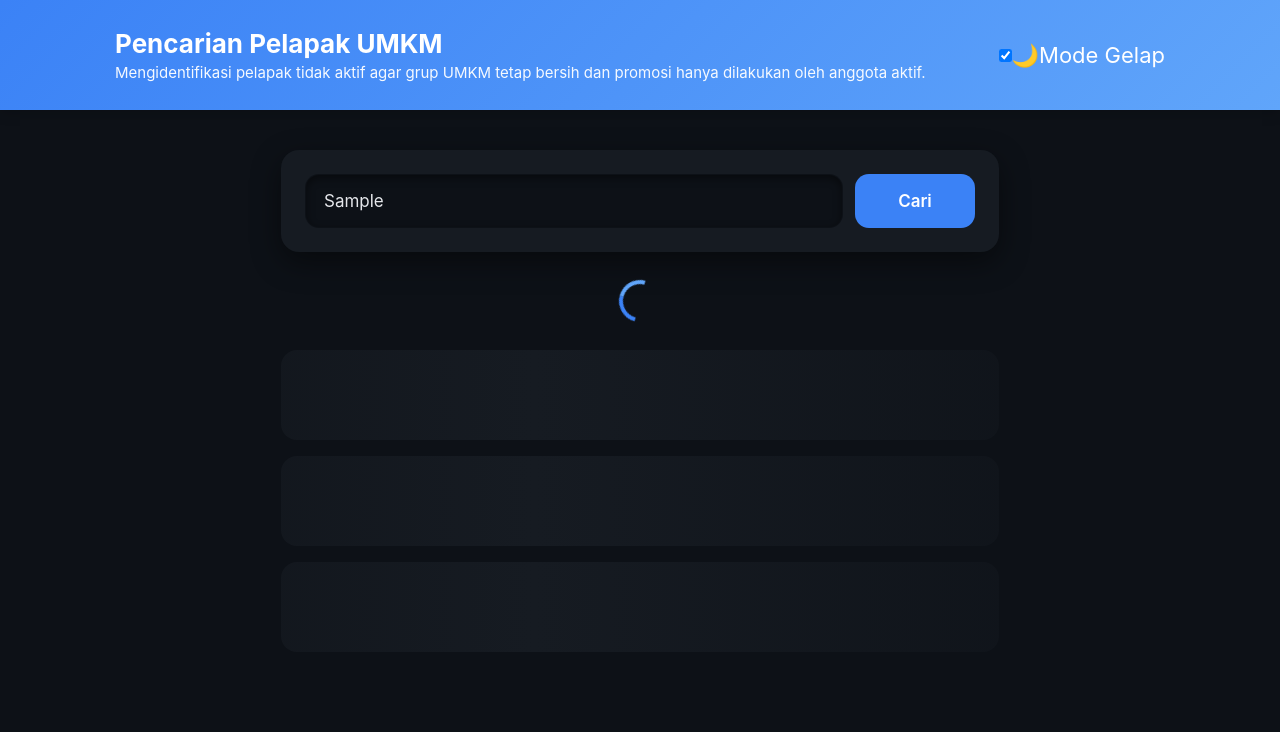
Repository: pasarrakyatbak/ceklapak
Page: index.html
An editor plug-in stored every save of this project. The page is shown before and after the next save, followed by the edit.
The browser window is 1280 px wide. The pictures show the whole page.
Empty fields were first filled with sample values (such as "Sample", 5 or name@example.com).
After loading, the first visible `#themeToggle` was changed once.

Above is the page before, as saved 2025-11-19 06:07:48.

### index.html
<!DOCTYPE html>
<html lang="id">

<head>
    <meta charset="UTF-8" />
    <meta name="viewport" content="width=device-width, initial-scale=1.0" />
    <title>Pencarian Pelapak UMKM</title>
    <link rel="stylesheet" href="style.css" />
</head>

<body>
    <header>
        <div class="header-inner">
            <div class="header-text">
                <h1>Pencarian Pelapak UMKM</h1>
                <p class="desc">
                    Mengidentifikasi pelapak tidak aktif agar grup UMKM tetap bersih
                    dan promosi hanya dilakukan oleh anggota aktif.
                </p>
            </div>

            <div class="controls">
                <label class="theme-toggle" aria-label="Toggle dark mode">
                    <input id="themeToggle" type="checkbox" />
                    <span class="toggle-icon">🌙</span>
                    <span class="toggle-text">Mode Gelap</span>
                </label>
            </div>
        </div>
    </header>

    <main>
        <section class="search-card">
            <div class="search-box">
                <input type="text" id="queryInput" placeholder="Cari nama pelapak atau 4 digit nomor HP..."
                    autocomplete="off" aria-label="Kolom pencarian pelapak" />
                <button id="searchBtn" aria-label="Tombol cari pelapak">Cari</button>
            </div>
        </section>

        <!-- RESULT BOX -->
        <section>
            <div id="resultBox" class="result-box hidden" role="region" aria-live="polite"></div>
        </section>

        <!-- LOADING SPINNER -->
        <div id="loader" class="loader hidden" aria-hidden="true"></div>

        <!-- SKELETON LOADING -->
        <div id="skeletonBox" class="skeleton-box hidden" aria-hidden="true">
            <div class="skeleton-item"></div>
            <div class="skeleton-item"></div>
            <div class="skeleton-item"></div>
        </div>
    </main>

    <script src="app.js"></script>
</body>

</html>

### style.css
/* === Color variables === */
:root {
    --bg: #eef2f7;
    --card: #ffffff;
    --text: #1e293b;
    --muted: #64748b;
    --primary: #2563eb;
    --primary-light: #3b82f6;
    --shadow: rgba(0, 0, 0, 0.08);

    --font-lg: 17px;
    --font-base: 16px;
    --font-sm: 14px;
}

body.dark {
    --bg: #0d1117;
    --card: #161b22;
    --text: #e5e7eb;
    --muted: #9ca3af;
    --primary: #3b82f6;
    --primary-light: #60a5fa;
    --shadow: rgba(0, 0, 0, 0.45);
}

/* === Base === */
* {
    margin: 0;
    padding: 0;
    box-sizing: border-box;
    font-family: "Inter", system-ui, sans-serif;
}

body {
    background: var(--bg);
    color: var(--text);
    transition: 0.3s ease;
    padding-bottom: 40px;
}

/* === Header === */
header {
    background: linear-gradient(135deg, var(--primary), var(--primary-light));
    padding: 28px 20px;
    color: white;
    box-shadow: 0 4px 12px rgba(0, 0, 0, 0.15);
}

.header-inner {
    max-width: 1050px;
    margin: auto;
    display: flex;
    justify-content: space-between;
    align-items: center;
}

header h1 {
    font-size: 26px;
    font-weight: 700;
}

.desc {
    font-size: 15px;
    opacity: 0.95;
    margin-top: 4px;
}

/* === Dark mode toggle === */
.theme-toggle {
    display: flex;
    align-items: center;
    cursor: pointer;
    font-size: 22px;
}

/* === Search Card === */
main {
    max-width: 750px;
    margin: 40px auto;
    padding: 0 16px;
}

.search-card {
    background: var(--card);
    padding: 24px;
    border-radius: 18px;
    box-shadow: 0 10px 30px var(--shadow);
    backdrop-filter: blur(4px);
}

/* search box */
.search-box {
    display: flex;
    gap: 12px;
}

.search-box input {
    flex: 1;
    padding: 16px 18px;
    border-radius: 14px;
    border: 1px solid transparent;
    background: var(--bg);
    color: var(--text);
    font-size: 17px;
    box-shadow: inset 0 3px 8px var(--shadow);
    transition: 0.2s;
}

.search-box input:focus {
    border-color: var(--primary);
    outline: none;
}

.search-box button {
    padding: 16px 20px;
    background: var(--primary);
    color: white;
    font-size: 17px;
    font-weight: 600;
    border: none;
    border-radius: 14px;
    cursor: pointer;
    transition: 0.2s;
    min-width: 120px;
}

.search-box button:hover {
    background: var(--primary-light);
    transform: translateY(-2px);
}

/* === Result Box === */
.result-box {
    margin-top: 28px;
}

/* result card improved */
.result-item {
    background: var(--card);
    padding: 22px;
    margin-bottom: 16px;
    border-radius: 16px;
    box-shadow: 0 6px 18px var(--shadow);
    border-left: 6px solid var(--primary);
    transition: 0.2s ease;
}

.result-item:hover {
    transform: translateY(-3px);
}

.result-item strong {
    color: var(--primary);
    font-size: 18px;
}

.result-item div {
    font-size: 17px;
    margin-bottom: 6px;
}

.small {
    margin-top: 6px;
    font-size: 15px;
    color: var(--muted);
}

/* === Skeleton Loader === */
.skeleton-box {
    margin-top: 25px;
}

.skeleton-item {
    height: 90px;
    background: linear-gradient(90deg,
            var(--card) 0%,
            var(--bg) 50%,
            var(--card) 100%);
    background-size: 200% 100%;
    border-radius: 16px;
    margin-bottom: 16px;
    animation: shimmer 1.4s infinite;
}

@keyframes shimmer {
    0% {
        background-position: -200% 0;
    }

    100% {
        background-position: 200% 0;
    }
}

/* === Loader === */
.loader {
    width: 42px;
    height: 42px;
    border: 4px solid transparent;
    border-top-color: var(--primary);
    border-right-color: var(--primary-light);
    border-radius: 50%;
    animation: spin 0.75s linear infinite;
    margin: 28px auto;
}

@keyframes spin {
    to {
        transform: rotate(360deg);
    }
}

/* === Responsive (tablet + mobile) === */
@media (max-width: 768px) {
    header h1 {
        font-size: 22px;
    }

    .search-card {
        padding: 20px;
    }

    .result-item {
        padding: 20px;
    }

    .result-item strong {
        font-size: 17px;
    }
}

@media (max-width: 480px) {

    .header-inner {
        flex-direction: column;
        align-items: flex-start;
        gap: 12px;
    }

    .search-box {
        flex-direction: column;
    }

    .search-box input,
    .search-box button {
        width: 100%;
        font-size: 16px;
    }

    .result-item div {
        font-size: 16px;
    }

    .result-item strong {
        font-size: 17px;
    }
}

### app.js
// === CONFIG ===
const API_URL = "https://script.google.com/macros/s/AKfycby4z2qZ24SrJkcyGpybH29lSUC_3_z1LG-7wSmTzpaOEXrwjXf0Cl3hqkg95qAxPj1-/exec";

// DOM
const searchBtn = document.getElementById("searchBtn");
const queryInput = document.getElementById("queryInput");
const resultBox = document.getElementById("resultBox");
const themeToggle = document.getElementById("themeToggle");
const toggleText = document.querySelector(".toggle-text");
const toggleIcon = document.querySelector(".toggle-icon");
const skeletonBox = document.getElementById("skeletonBox");
const loader = document.getElementById("loader");

// Init theme
(function initTheme() {
    const saved = localStorage.getItem("umkm_theme");
    if (saved === "dark") document.body.classList.add("dark");
    themeToggle.checked = document.body.classList.contains("dark");
})();

themeToggle.addEventListener("change", () => {
    document.body.classList.toggle("dark");
    localStorage.setItem(
        "umkm_theme",
        document.body.classList.contains("dark") ? "dark" : "light"
    );
});

// Search
searchBtn.addEventListener("click", searchData);
queryInput.addEventListener("keypress", e => e.key === "Enter" && searchData());

// Clean
function cleanNumber(input) {
    return input.replace(/\s|\.|-|\(|\)|\+/g, "");
}

function normalizePhone(phone) {
    if (!phone) return "";
    const digits = phone.replace(/[^0-9]/g, "");
    if (!digits) return "";
    if (digits.startsWith("0")) return digits;
    return "0" + digits;
}

// Main search
function searchData() {
    const raw = queryInput.value.trim();
    if (!raw) return renderError("Masukkan nama atau angka.");

    showSkeleton();
    showLoader();

    const onlyDigits = cleanNumber(raw);
    const is4 = /^\d{4}$/.test(onlyDigits);
    const q = is4 ? onlyDigits : raw.toLowerCase();

    fetch(`${API_URL}?q=${encodeURIComponent(q)}`)
        .then(res => res.json())
        .then(data => {
            hideSkeleton();
            hideLoader();

            if (!data || data.status === "error")
                return renderError(data?.pesan || "Tidak ditemukan.");

            // ==== PENYESUAIAN BARU ====
            // nomor_whatsapp → dinormalisasi
            // nomor_lapak → tetap
            const normalized = (data.hasil || []).map(item => ({
                nama: item.nama,
                nomor_whatsapp: normalizePhone(item.nomor_whatsapp || ""),
                nomor_lapak: item.nomor_lapak || "Tidak ada",
                baris: item.baris
            }));

            renderResults(normalized);
        })
        .catch(() => renderError("Server tidak merespon."));
}

function renderResults(results) {
    resultBox.classList.remove("hidden");

    if (!results.length) {
        resultBox.innerHTML = `<p class="empty">Tidak ada hasil.</p>`;
        return;
    }

    let html = "";
    results.forEach(r => {
        html += `
        <div class="result-item">
            <div><strong>Nama:</strong> ${escape(r.nama)}</div>
            <div><strong>Nomor WhatsApp:</strong> ${escape(r.nomor_whatsapp)}</div>
            <div class="small"><strong>Nomor Lapak:</strong> ${escape(r.nomor_lapak)}</div>
        </div>
        `;
    });

    resultBox.innerHTML = html;
}

function renderError(msg) {
    resultBox.classList.remove("hidden");
    resultBox.innerHTML = `<p style="color:var(--primary);font-weight:600">${escape(msg)}</p>`;
}

function escape(s) {
    return String(s || "—")
        .replace(/&/g, "&amp;")
        .replace(/</g, "&lt;")
        .replace(/>/g, "&gt;");
}

function showSkeleton() {
    skeletonBox.classList.remove("hidden");
    resultBox.classList.add("hidden");
}

function hideSkeleton() {
    skeletonBox.classList.add("hidden");
}

function showLoader() {
    loader.classList.remove("hidden");
    resultBox.classList.add("hidden");
}

function hideLoader() {
    loader.classList.add("hidden");
}

After the next save:
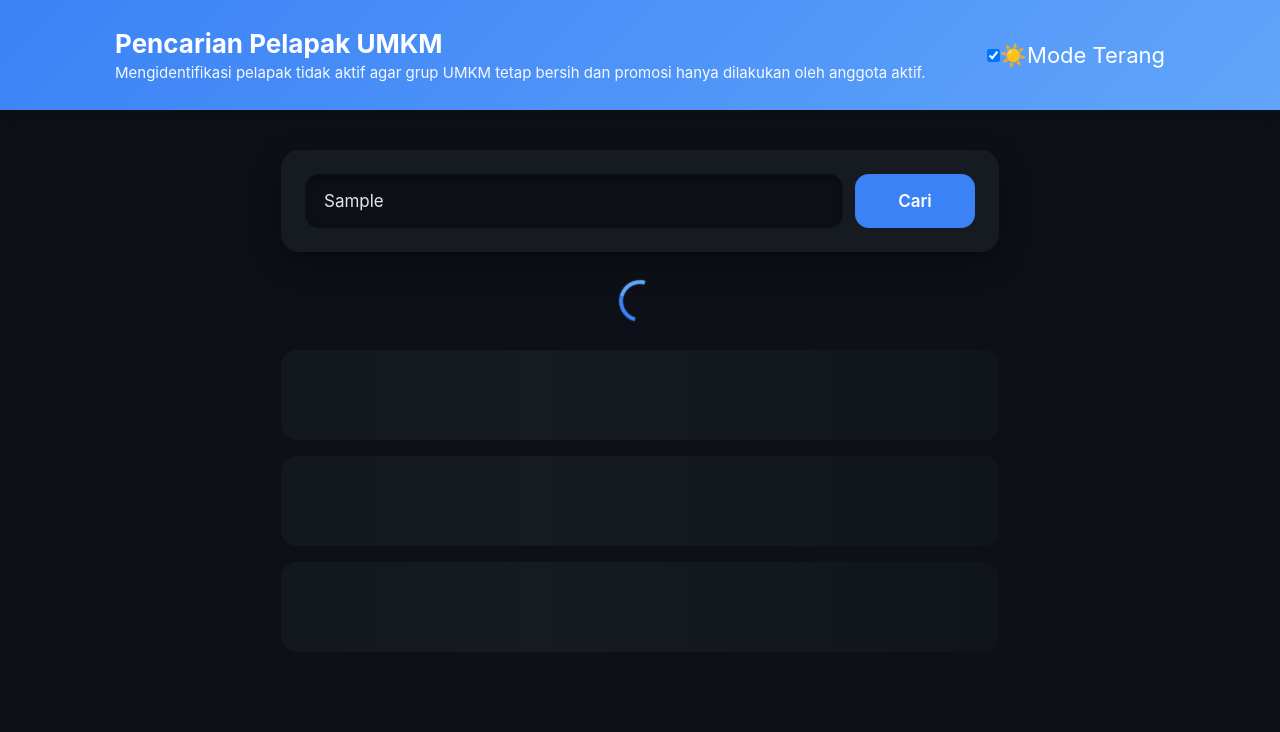
Saved 33 s later.
--- a/app.js
+++ b/app.js
@@ -11,21 +11,27 @@ const toggleIcon = document.querySelector(".toggle-icon");
 const skeletonBox = document.getElementById("skeletonBox");
 const loader = document.getElementById("loader");
 
-// Init theme
-(function initTheme() {
-    const saved = localStorage.getItem("umkm_theme");
-    if (saved === "dark") document.body.classList.add("dark");
-    themeToggle.checked = document.body.classList.contains("dark");
-})();
+// Load saved theme
+if (localStorage.getItem("theme") === "dark") {
+    document.body.classList.add("dark");
+    themeToggle.checked = true;
+    toggleText.textContent = "Mode Terang";
+    toggleIcon.textContent = "☀️";
+}
 
 themeToggle.addEventListener("change", () => {
-    document.body.classList.toggle("dark");
-    localStorage.setItem(
-        "umkm_theme",
-        document.body.classList.contains("dark") ? "dark" : "light"
-    );
+    if (themeToggle.checked) {
+        document.body.classList.add("dark");
+        toggleText.textContent = "Mode Terang";
+        toggleIcon.textContent = "☀️";
+        localStorage.setItem("theme", "dark");
+    } else {
+        document.body.classList.remove("dark");
+        toggleText.textContent = "Mode Gelap";
+        toggleIcon.textContent = "🌙";
+        localStorage.setItem("theme", "light");
+    }
 });
-
 // Search
 searchBtn.addEventListener("click", searchData);
 queryInput.addEventListener("keypress", e => e.key === "Enter" && searchData());
